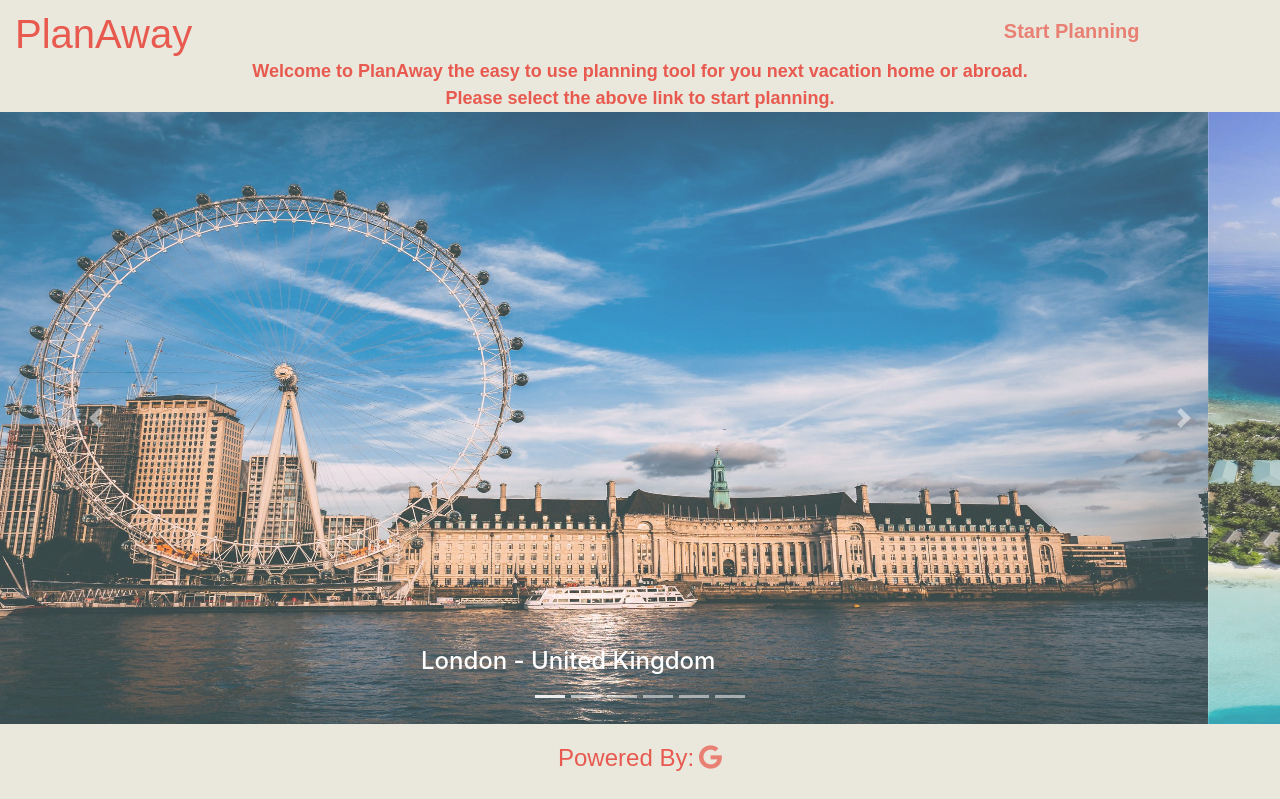
Repository: Brad000/PlanAway-Project
Page: index.html
The author's editor kept a record of every edit. The page is drawn from the files as they stood at one moment, then again after the next edit.
The browser window is 1280 px wide. The pictures show the whole page.
Some icons come from a web library that is not loaded, so they are not drawn. Some web fonts or font styles are not loaded; a fallback is used. Some web libraries are served in a nearby version.

Above is the page before.

### index.html
<!DOCTYPE html>
<html lang="en">

<head>
    <meta charset="UTF-8">
    <meta name="viewport" content="width=device-width, initial-scale=1.0">
    <meta http-equiv="X-UA-Compatible" content="ie=edge">
    <link rel="stylesheet" href="assets/css/style.css" type="text/css" />
    <link rel="stylesheet" href="https://stackpath.bootstrapcdn.com/bootstrap/4.4.1/css/bootstrap.min.css" integrity="sha384-Vkoo8x4CGsO3+Hhxv8T/Q5PaXtkKtu6ug5TOeNV6gBiFeWPGFN9MuhOf23Q9Ifjh" crossorigin="anonymous">
    <script src="https://code.jquery.com/jquery-3.4.1.slim.min.js" integrity="sha384-J6qa4849blE2+poT4WnyKhv5vZF5SrPo0iEjwBvKU7imGFAV0wwj1yYfoRSJoZ+n" crossorigin="anonymous"></script>
    <script src="https://cdn.jsdelivr.net/npm/popper.js@1.16.0/dist/umd/popper.min.js" integrity="sha384-Q6E9RHvbIyZFJoft+2mJbHaEWldlvI9IOYy5n3zV9zzTtmI3UksdQRVvoxMfooAo" crossorigin="anonymous"></script>
    <script src="https://stackpath.bootstrapcdn.com/bootstrap/4.4.1/js/bootstrap.min.js" integrity="sha384-wfSDF2E50Y2D1uUdj0O3uMBJnjuUD4Ih7YwaYd1iqfktj0Uod8GCExl3Og8ifwB6" crossorigin="anonymous"></script>
    <script src="https://kit.fontawesome.com/5655c570e1.js" crossorigin="anonymous"></script>
    <title>PlanAway - Plan your next vacation</title>
</head>

<body>

    <header class="container-fluid">
        <div class="row">
            <div class="col-12 col-md-8 site-heading">
                <h1 class="site-name">PlanAway<i class="fal fa-plane-departure site-logo"></i></h1>
            </div>
            <div class="col-12 col-md-4 site-heading">
                <a href="planner.html" id="a-links">
                    <h5 class="link-text"><i class="fal fa-globe-americas site-links"></i>Start Planning</h5>
                </a>
            </div>
            <div class="col-12 site-heading">
                <p class="site-brief">Welcome to PlanAway the easy to use planning tool for you next vacation home or abroad.</p>
                <p class="site-brief">Please select the above link to start planning.</p>
            </div>
        </div>
    </header>

    <section class="container-fluid" id="image">
        <div class="row no-gutters">
            <div class="col-12 image">
                <div id="carouselExampleCaptions" class="carousel slide" data-ride="carousel">
                    <ol class="carousel-indicators">
                        <li data-target="#carouselExampleCaptions" data-slide-to="0" class="active"></li>
                        <li data-target="#carouselExampleCaptions" data-slide-to="1"></li>
                        <li data-target="#carouselExampleCaptions" data-slide-to="2"></li>
                        <li data-target="#carouselExampleCaptions" data-slide-to="3"></li>
                        <li data-target="#carouselExampleCaptions" data-slide-to="4"></li>
                        <li data-target="#carouselExampleCaptions" data-slide-to="5"></li>
                    </ol>
                    <div class="carousel-inner">
                        <div class="carousel-item active">
                            <img src="assets/images/london.jpeg" class="d-block w-100 main-images" alt="London eye and houses of parlament - United Kingdom">
                            <div class="carousel-caption d-none d-md-block">
                                <h4>London - United Kingdom</h4>
                            </div>
                        </div>
                        <div class="carousel-item">
                            <img src="assets/images/maldives.jpeg" class="d-block w-100 main-images" alt="Islands of the Maldives">
                            <div class="carousel-caption d-none d-md-block">
                                <h4>Maldives Islands</h4>
                            </div>
                        </div>
                        <div class="carousel-item">
                            <img src="assets/images/times-square.jpeg" class="d-block w-100 main-images" alt="Times square - New York City">
                            <div class="carousel-caption d-none d-md-block">
                                <h4>New York City - USA</h4>
                            </div>
                        </div>
                        <div class="carousel-item">
                            <img src="assets/images/dubai.jpeg" class="d-block w-100 main-images" alt="Burj Khalifa - Dubai">
                            <div class="carousel-caption d-none d-md-block">
                                <h4>Dubai - UAE</h4>
                            </div>
                        </div>
                        <div class="carousel-item">
                            <img src="assets/images/paris.jpeg" class="d-block w-100 main-images" alt="Eiffel Tower - Paris">
                            <div class="carousel-caption d-none d-md-block">
                                <h4>Paris - France</h4>
                            </div>
                        </div>
                        <div class="carousel-item">
                            <img src="assets/images/bora-bora.jpeg" class="d-block w-100 main-images" alt="Water villa - Islands of Bora Bora">
                            <div class="carousel-caption d-none d-md-block">
                                <h4>Bora Bora Islands</h4>
                            </div>
                        </div>
                    </div>
                    <a class="carousel-control-prev" href="#carouselExampleCaptions" role="button" data-slide="prev">
                        <span class="carousel-control-prev-icon" aria-hidden="true"></span>
                        <span class="sr-only">Previous</span>
                    </a>
                    <a class="carousel-control-next" href="#carouselExampleCaptions" role="button" data-slide="next">
                        <span class="carousel-control-next-icon" aria-hidden="true"></span>
                        <span class="sr-only">Next</span>
                    </a>
                </div>
            </div>
        </div>
    </section>

    <footer class="container-fluid">
        <div class="row">
            <div class="col-12 footer">
                <h4>Powered By:<a href="https://www.google.com/" id="a-links" target="_blank"><i class="fab fa-google"></i></a></h4>
            </div>
        </div>
    </footer>

</body>

</html>

### assets/css/style.css
@import url('https://fonts.googleapis.com/css?family=Gayathri:100,200,300,400,500,600,700');

/*---Landing Page---*/

.site-heading {
    background-color: #eae7dc;
    color: #e85a4f;
}

.site-name {
    font-family: 'Gayathri', sans-serif;
    margin-top: 10px;
    margin-bottom: 0;
    text-align: center;
}

.site-logo {
    margin-left: 10px;
}

.site-links {
    text-align: center;
    font-size: 40px;
    margin-top: 10px;
    margin-right: 10px;
}

.link-text {
    text-align: center;
    font-family: 'Gayathri', sans-serif;
    font-weight: 600;
}

#a-links {
    text-decoration: none;
    cursor: pointer;
    color: #e98074;
    transition: color 0.5s ease-in-out;
    -moz-transition: color 0.5s ease-in-out;
    -webkit-transition: color 0.5s ease-in-out;
    -o-transition: color 0.5s ease-in-out;
}

#a-links:hover {
    color: #e85a4f;
}

.site-brief {
    font-family: 'Gayathri', sans-serif;
    text-align: center;
    font-size: 12px;
    font-weight: 700;
    padding: 0;
    margin: 0;
}

#image {
    padding: 0;
}

.main-images {
    opacity: 0.78;
}

img {
    height: 85vh;
}


/*---planner.html---*/

.briefs {
    font-family: 'Gayathri', sans-serif;
    font-size: 16px;
    text-align: center;
    font-weight: 700;
    padding: 10px;
    margin: 0;
    color: #e85a4f;
}

#infoButton {
    display: inline-block;
    margin-bottom: 5px;
    background-color: #e85a4f;
    color: #eae7dc;
    border: solid 1px grey;
    box-shadow: none;
    transition: background-color 0.5s ease-in-out;
    -moz-transition: background-color 0.5s ease-in-out;
    -webkit-transition: background-color 0.5s ease-in-out;
    -o-transition: background-color 0.5s ease-in-out;
}

#infoButton:hover {
    background-color: #fd9b90;
}

.button-align {
    text-align: center;
}

.inline-buttons {
    text-align: center;
}



#info-card {
    border: none;
    background-color: #eae7dc;
}

#button {
    background-color: #e85a4f;
    color: #eae7dc;
    width: 100%;
    box-shadow: none;
    border: solid 1px grey;
    transition: background-color 0.5s ease-in-out;
    -moz-transition: background-color 0.5s ease-in-out;
    -webkit-transition: background-color 0.5s ease-in-out;
    -o-transition: background-color 0.5s ease-in-out;
}

#button:hover {
    background-color: #fd9b90;
}

#sponserButton {
    display: inline-block;
    margin: 20px 15px 20px 15px;
    background-color: #e85a4f;
    color: #eae7dc;
    border: solid 1px grey;
    box-shadow: none;
    transition: background-color 0.5s ease-in-out;
    -moz-transition: background-color 0.5s ease-in-out;
    -webkit-transition: background-color 0.5s ease-in-out;
    -o-transition: background-color 0.5s ease-in-out;
}

#sponserButton:hover {
    background-color: #fd9b90;
}

#countryButton {
    display: inline-block;
    margin: 20px 15px 20px 15px;
    background-color: #e85a4f;
    color: #eae7dc;
    border: solid 1px grey;
    box-shadow: none;
    transition: background-color 0.5s ease-in-out;
    -moz-transition: background-color 0.5s ease-in-out;
    -webkit-transition: background-color 0.5s ease-in-out;
    -o-transition: background-color 0.5s ease-in-out;
}

#countryButton:hover {
    background-color: #fd9b90;
}

#pop-up {
    background-color: #e85a4f;
    height: auto;
    border: solid 3px #eae7dc;
}

.sponser-titles {
    margin-top: 10px;
    margin-left: 15px;
    color: #eae7dc;
    text-decoration: underline;
}

.sponser-text {
    margin-top: 10px;
    margin-left: 15px;
    color: #eae7dc;
}

.sponser-links {
    color: black;
    transition: color 0.5s ease-in-out;
    -moz-transition: color 0.5s ease-in-out;
    -webkit-transition: color 0.5s ease-in-out;
    -o-transition: color 0.5s ease-in-out;
}

.sponser-links:hover {
    background-color: #fd9b90;
}

/*---Map---*/

#map {
    min-height: 78vh;
    margin-top: 10px;
}

.map-section {
    background-color: #eae7dc;

}

.pac-card {
    margin: 10px 10px 20px 10px;
    border-radius: 2px 0 0 2px;
    -webkit-box-sizing: border-box;
    -moz-box-sizing: border-box;
    box-sizing: border-box;
    box-shadow: 0 2px 6px rgba(0, 0, 0, 0.3);
    background-color: #eae7dc;
    font-family: 'Gayathri', sans-serif;
}

#pac-container {
    padding-bottom: 12px;
    margin-right: 12px;
}

#title {
    color: #eae7dc;
    background-color: #e85a4f;
    font-size: 25px;
    font-weight: 500;
    padding: 6px 12px;
}

.filter-title {
    margin-top: 10px;
}

#filterButtons {
    margin: 10px 10px 10px 25px;
}

#findhotels {
    margin: 5px 10px;
}

#listing {
    position: absolute;
    width: 220px;
    height: 400px;
    overflow: auto;
    right: 2px;
    top: 10px;
    cursor: pointer;
    overflow-x: hidden;
    display: none;


}

#locationField {
    -webkit-box-flex: 1 1 190px;
    -ms-flex: 1 1 190px;
    flex: 1 1 190px;
    margin: 0 10px;
    margin-bottom: 5px;

}

#controls {
    -webkit-box-flex: 1 1 140px;
    -ms-flex: 1 1 140px;
    flex: 1 1 140px;

}

#autocomplete {
    width: 50%;
    margin-bottom: 5px;
}

#country {
    width: 48.5%;
    margin-left: 9px;
    margin-bottom: 5px;
}

.placeIcon {
    width: 20px;
    height: 34px;
    margin: 4px;
}

.hotelIcon {
    width: 24px;
    height: 24px;
}

#resultsTable {
    border-collapse: collapse;
    width: 240px;
}

#rating {
    font-size: 13px;
    font-family: 'Gayathri', sans-serif Unicode MS;
}

.iw_table_row {
    height: 18px;
}

.iw_attribute_name {
    font-weight: bold;
    text-align: right;
}

.iw_table_icon {
    text-align: right;
}

/*---Footer---*/

.footer {
    height: 75px;
    text-align: center;
    font-weight: 700;
    font-family: 'Gayathri', sans-serif;
    padding-top: 20px;
    background-color: #eae7dc;
    color: #e85a4f;
}

.fa-google {
    margin-left: 5px;
}

#infoCard {
    font-family: 'Gayathri', sans-serif;
    font-weight: 600;
    background-color: #e85a4f;
    color: #eae7dc;
    border: solid 2px grey;

}

.card-link {
    text-decoration: none;
    color: #eae7dc;
}

.flag {
    height: 50px;
    width: 70px;
}

.us-flag {
    height: 50px;
    width: 50px;
    margin-left: 10px;
}

.extra {
    display: none;
}

.usa {
    display: none;
}


/*---Media Queries---*/

@media(min-width: 767px) {
    .site-name {
        text-align: left;
    }
    .site-brief {
        font-size: 18px;
    }
    #infoButton {
        margin: 10px;
    }

}

@media(min-width: 1023px) {
    #listing {
        display: block;
    }
}

After the next edit:
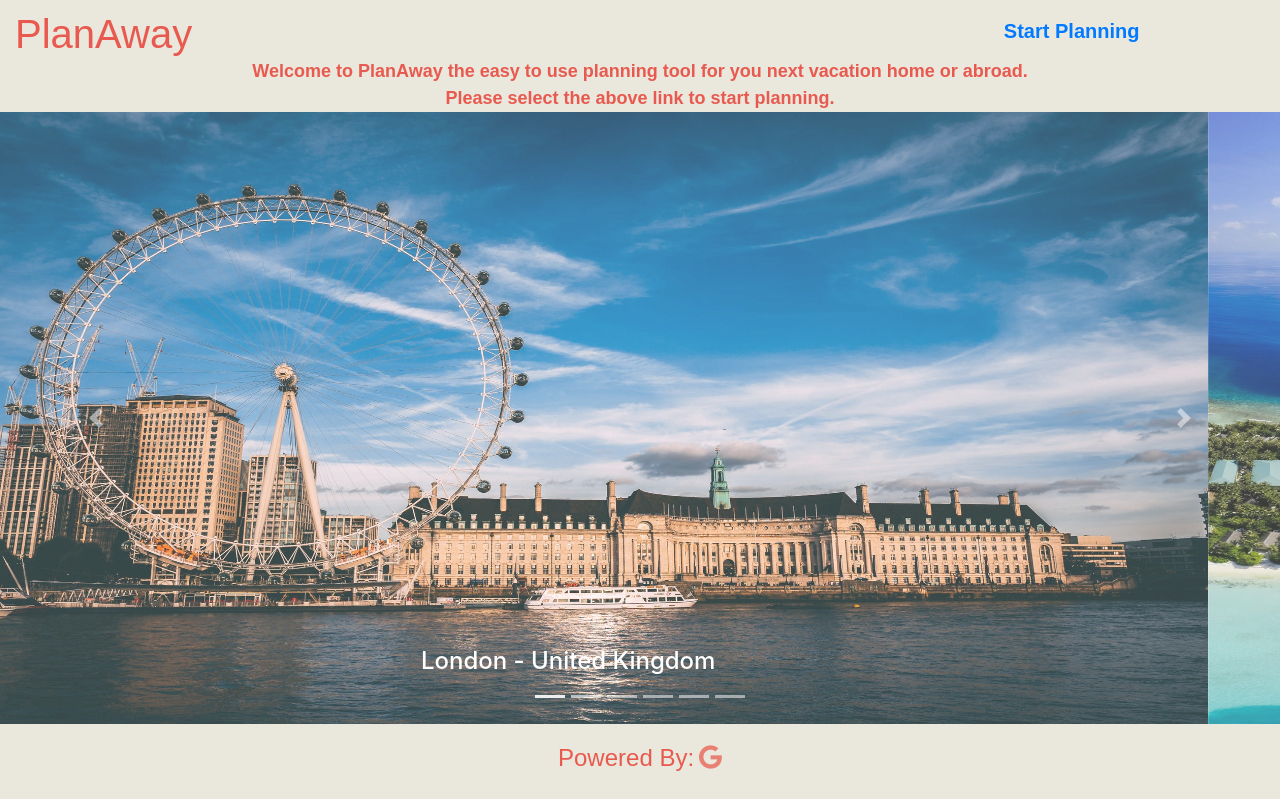
The edit:
--- a/index.html
+++ b/index.html
@@ -22,7 +22,7 @@
                 <h1 class="site-name">PlanAway<i class="fal fa-plane-departure site-logo"></i></h1>
             </div>
             <div class="col-12 col-md-4 site-heading">
-                <a href="planner.html" id="a-links">
+                <a href="planner.html" class="a-links">
                     <h5 class="link-text"><i class="fal fa-globe-americas site-links"></i>Start Planning</h5>
                 </a>
             </div>
